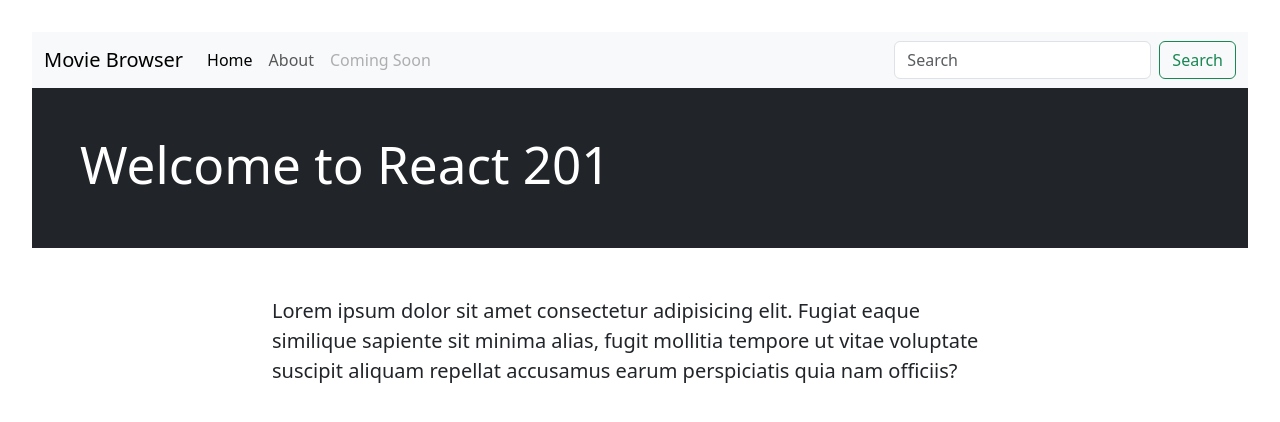
Repository: blordeus/movie-search-browser
Page: / (app in movie-browser/)
These files come from the project's save history. The page is drawn as it stood at one moment and after the next save; the edit follows.
The browser window is 1280 px wide. The pictures show the whole page.
The page's requests for data from a server got no answer. The project was rebuilt for these pictures with package versions that can differ from the ones it lists, and the page was loaded fresh each time. No one was signed in, and anything a server would have sent is missing. Also part of the build but not shown: movie-browser/vite.config.js, movie-browser/src/components/About.jsx, movie-browser/src/components/Search.jsx.

Above is the page before, as saved 2023-09-03 16:59:45.

### movie-browser/index.html
<!doctype html>
<html lang="en">
  <head>
    <meta charset="UTF-8" />
    <link rel="icon" type="image/svg+xml" href="/vite.svg" />
    <meta name="viewport" content="width=device-width, initial-scale=1.0" />
    <link href="https://cdn.jsdelivr.net/npm/bootstrap@5.3.1/dist/css/bootstrap.min.css" rel="stylesheet" integrity="sha384-4bw+/aepP/YC94hEpVNVgiZdgIC5+VKNBQNGCHeKRQN+PtmoHDEXuppvnDJzQIu9" crossorigin="anonymous">
    <title>Movie Browser</title>
  </head>
  <body>
    <div id="root"></div>
    <script type="module" src="/src/main.jsx"></script>
  </body>
</html>

### movie-browser/src/App.jsx
import './App.css'
import Home from './components/Home';
import NavBar from './components/Navbar';
import About from './components/About';
import Search from './components/Search';
import { Routes, Route } from 'react-router-dom';
import {useState, useEffect} from 'react';

function App() {

  const [searchResults, setSearchResults] = useState([]);
  const [searchText, setSearchText] = useState('');

  useEffect(() => {
    console.log(searchText, "is the search text")
    fetch(`https://api.themoviedb.org/3/search/movie?query=${searchText}&include_adult=false&language=en-US&page=1`)
    .then(response => response.json())
    .then(data =>
      {console.log(data)
      setSearchResults(data.results)
    })
    .then(response => console.log(response))
    .catch(err => console.error(err));
  }, [searchText])

  return (
    <>
      <NavBar searchText={searchText} setSearchText={setSearchText}/>
      <Routes>
        <Route path='/' element={<Home/>}/>
        <Route path='/about' element={<About/>}/>
        <Route path='/search' element={<Search  keyword={searchText} searchResults={searchResults}/>}/>
      </Routes>
    </>
  )
}

export default App

### movie-browser/src/index.css
:root {
  font-family: Inter, system-ui, Avenir, Helvetica, Arial, sans-serif;
  line-height: 1.5;
  font-weight: 400;

  color-scheme: light dark;
  color: rgba(255, 255, 255, 0.87);

  font-synthesis: none;
  text-rendering: optimizeLegibility;
  -webkit-font-smoothing: antialiased;
  -moz-osx-font-smoothing: grayscale;
  -webkit-text-size-adjust: 100%;
}

a {
  font-weight: 500;
  color: #646cff;
  text-decoration: inherit;
}
a:hover {
  color: #535bf2;
}

body {
  margin: 0;
}

h1 {
  font-size: 3.2em;
  line-height: 1.1;
}

button {
  border-radius: 8px;
  border: 1px solid transparent;
  padding: 0.6em 1.2em;
  font-size: 1em;
  font-weight: 500;
  font-family: inherit;
  background-color: #1a1a1a;
  cursor: pointer;
  transition: border-color 0.25s;
}
button:hover {
  border-color: #646cff;
}
button:focus,
button:focus-visible {
  outline: 4px auto -webkit-focus-ring-color;
}

@media (prefers-color-scheme: light) {
  :root {
    color: #213547;
    background-color: #ffffff;
  }
  a:hover {
    color: #747bff;
  }
  button {
    background-color: #f9f9f9;
  }
}

### movie-browser/src/components/Home.jsx
import Hero from "./Hero";

const Home = () => {
    return (
      <div>
        <Hero text="Welcome to React 201"/>
        <div className="container">
          <div className="row">
            <div className="col-lg-8 offset-lg-2 my-5">
              <p className="lead">Lorem ipsum dolor sit amet consectetur adipisicing elit. Fugiat eaque similique sapiente sit minima alias, fugit mollitia tempore ut vitae voluptate suscipit aliquam repellat accusamus earum perspiciatis quia nam officiis?</p>
            </div>
          </div>
        </div>
      </div>
    );
  }

  export default Home;

### movie-browser/src/components/Navbar.jsx
import { useNavigate, Link } from "react-router-dom";

const Navbar = ({searchText, setSearchText}) => {
  const updateSearchText = (e) => {
    console.log(e.target.value)
    history('/search')
    setSearchText(e.target.value);
  };

  const history = useNavigate()

  return (
    <nav className="navbar navbar-expand-lg bg-body-tertiary">
      <div className="container-fluid">
        <Link className="navbar-brand" to="/">
          Movie Browser
        </Link>
        <button
          className="navbar-toggler"
          type="button"
          data-bs-toggle="collapse"
          data-bs-target="#navbarSupportedContent"
          aria-controls="navbarSupportedContent"
          aria-expanded="false"
          aria-label="Toggle navigation"
        >
          <span className="navbar-toggler-icon"></span>
        </button>
        <div className="collapse navbar-collapse" id="navbarSupportedContent">
          <ul className="navbar-nav me-auto mb-2 mb-lg-0">
            <li className="nav-item">
              <Link className="nav-link active" aria-current="page" to="/">
                Home
              </Link>
            </li>
            <li className="nav-item">
              <Link className="nav-link" to="/about">
                About
              </Link>
            </li>
            <li className="nav-item">
              <Link className="nav-link disabled" aria-disabled="true">
                Coming Soon
              </Link>
            </li>
          </ul>
          <form className="d-flex" role="search">
            <input
              className="form-control me-2"
              type="search"
              placeholder="Search"
              aria-label="Search"
              value={searchText}
              onChange={updateSearchText}
            />
            <button className="btn btn-outline-success" type="submit">
              Search
            </button>
          </form>
        </div>
      </div>
    </nav>
  );
};

export default Navbar;

### movie-browser/src/components/Hero.jsx
const Hero = ({text}) => {
    return (
        <header className="bg-dark text-white p-5">
            <h1>{text}</h1>
        </header>
    );
}

export default Hero;

Loaded but not shown: movie-browser/src/main.jsx (common file); movie-browser/src/App.css (common file)

After the next save:
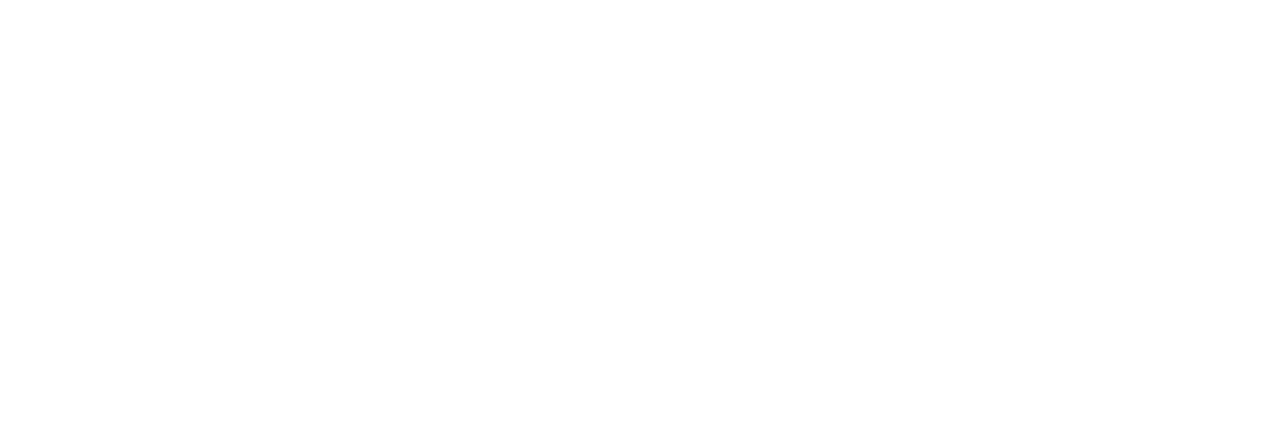
Console error: ReferenceError: options is not defined
Saved 87 s later.
--- a/movie-browser/src/App.jsx
+++ b/movie-browser/src/App.jsx
@@ -13,7 +13,7 @@
 
   useEffect(() => {
     console.log(searchText, "is the search text")
-    fetch(`https://api.themoviedb.org/3/search/movie?query=${searchText}&include_adult=false&language=en-US&page=1`)
+    fetch(`https://api.themoviedb.org/3/search/movie?query=${searchText}&include_adult=false&language=en-US&page=1`, options)
     .then(response => response.json())
     .then(data =>
       {console.log(data)

After the save that followed:
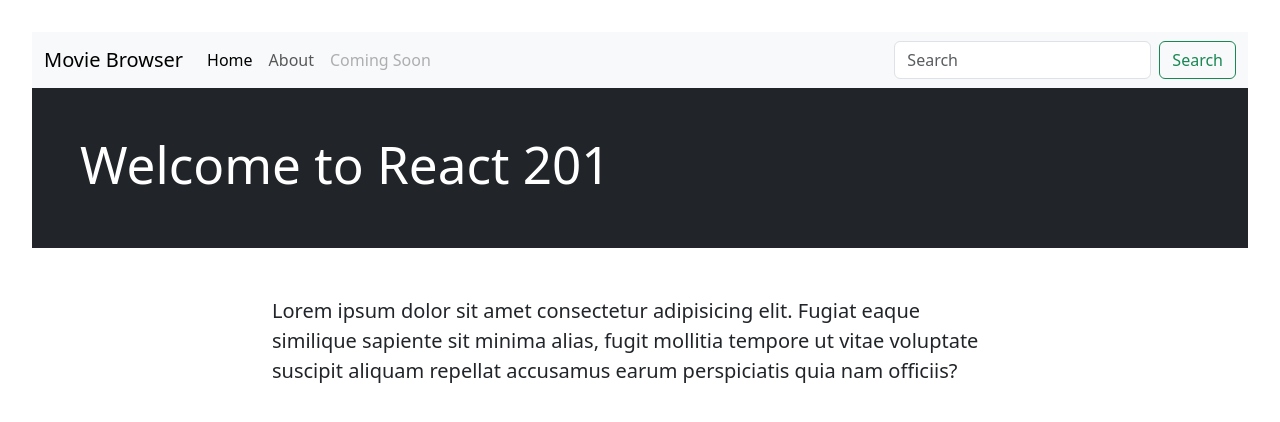
The error is gone.
Saved 21 s later.
--- a/movie-browser/src/App.jsx
+++ b/movie-browser/src/App.jsx
@@ -10,6 +10,13 @@
 
   const [searchResults, setSearchResults] = useState([]);
   const [searchText, setSearchText] = useState('');
+  const options = {
+    method: 'GET',
+    headers: {
+      accept: 'application/json',
+      Authorization: 'Bearer eyJhbGciOiJIUzI1NiJ9.eyJhdWQiOiJlOTRjMTJmYzJmY2U5MTU3M2YwZWRhZjhmZGJkMzA5NiIsInN1YiI6IjY0MzFmOTU2OWE2NDM1MDY2NmM3NDZiZSIsInNjb3BlcyI6WyJhcGlfcmVhZCJdLCJ2ZXJzaW9uIjoxfQ.RE5zhqjNVUt4QvLDBm4KXYSO4ZnZ3oyz7ypPWdOXXMs'
+    }
+  };
 
   useEffect(() => {
     console.log(searchText, "is the search text")
